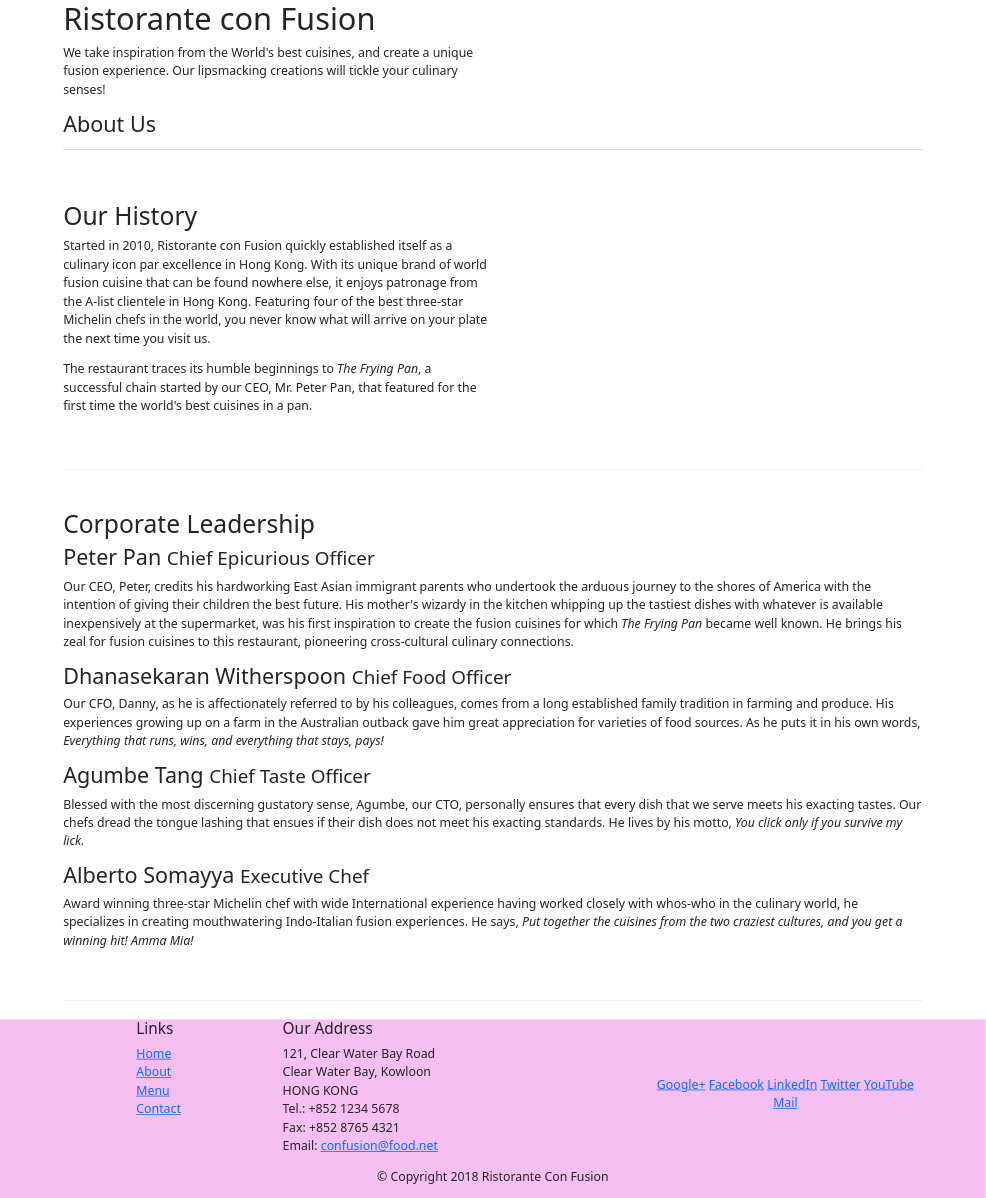
Repository: devjeremyjake/confusion
Page: aboutus.html
An editor plug-in stored every save of this project. The page is shown before and after a run of saves, followed by the edit.
The browser window is 1280 px wide. The pictures show the whole page, at 77% of full size.
Some web libraries are served in a nearby version.

Above is the page before, as saved 2020-01-30 15:32:20.

### aboutus.html
<!DOCTYPE html>
<html lang="en">

<head>
    <meta charset="UTF-8">
    <meta name="viewport" content="width=device-width, initial-scale=1.0">
    <meta http-equiv="X-UA-Compatible" content="ie=edge">
    <title>Ristorante Con Fusion: About Us</title>
    <link rel="stylesheet" href="css/style.css">
    <link rel="stylesheet" href="node_modules/bootstrap/dist/css/bootstrap.min.css">

</head>

<body>

    <header class="jumbotron">
        <div class="container">
            <div class="row row-header">
                <div class="col-12 col-sm-6">
                    <h1>Ristorante con Fusion</h1>
                    <p>We take inspiration from the World's best cuisines, and create a unique fusion experience. Our lipsmacking creations will tickle your culinary senses!</p>
                </div>
                <div class="col-12 col-sm">
                </div>
            </div>
        </div>
    </header>

    <div class="container">
        <div>
            <div>
               <h3>About Us</h3>
               <hr>
            </div>
        </div>

        <div class="row-content">
            <div class="col-lg-6">
                <h2>Our History</h2>
                <p>Started in 2010, Ristorante con Fusion quickly established itself as a culinary icon par excellence in Hong Kong. With its unique brand of world fusion cuisine that can be found nowhere else, it enjoys patronage from the A-list clientele in Hong Kong.  Featuring four of the best three-star Michelin chefs in the world, you never know what will arrive on your plate the next time you visit us.</p>
                <p>The restaurant traces its humble beginnings to <em>The Frying Pan</em>, a successful chain started by our CEO, Mr. Peter Pan, that featured for the first time the world's best cuisines in a pan.</p>
            </div>
            <div>
            </div>
        </div>


        <div class="row-content">
            <div class="col-md-12">
                <h2>Corporate Leadership</h2>
                <h3>Peter Pan <small>Chief Epicurious Officer</small></h3>
                <p class="d-none d-sm-block">Our CEO, Peter, credits his hardworking East Asian immigrant parents who undertook the arduous journey to the shores of America with the intention of giving their children the best future. His mother's wizardy in the kitchen whipping up the tastiest dishes with whatever is available inexpensively at the supermarket, was his first inspiration to create the fusion cuisines for which <em>The Frying Pan</em> became well known. He brings his zeal for fusion cuisines to this restaurant, pioneering cross-cultural culinary connections.</p>
                <h3>Dhanasekaran Witherspoon <small>Chief Food Officer</small></h3>
                <p class="d-none d-sm-block">Our CFO, Danny, as he is affectionately referred to by his colleagues, comes from a long established family tradition in farming and produce. His experiences growing up on a farm in the Australian outback gave him great appreciation for varieties of food sources. As he puts it in his own words, <em>Everything that runs, wins, and everything that stays, pays!</em></p>
                <h3>Agumbe Tang <small>Chief Taste Officer</small></h3>
                <p class="d-none d-sm-block">Blessed with the most discerning gustatory sense, Agumbe, our CTO, personally ensures that every dish that we serve meets his exacting tastes. Our chefs dread the tongue lashing that ensues if their dish does not meet his exacting standards. He lives by his motto, <em>You click only if you survive my lick.</em></p>
                <h3>Alberto Somayya <small>Executive Chef</small></h3>
                <p class="d-none d-sm-block">Award winning three-star Michelin chef with wide International experience having worked closely with whos-who in the culinary world, he specializes in creating mouthwatering Indo-Italian fusion experiences. He says, <em>Put together the cuisines from the two craziest cultures, and you get a winning hit! Amma Mia!</em></p class="d-none d-sm-block">
            </div>
       </div>

    </div>
    <br>
    <footer class="footer">
        <div class="container">
            <div class="row">
                <div class="col-4 offset-1 col-sm-2">
                    <h5>Links</h5>
                    <ul class="list-unstyled">
                        <li><a href="#">Home</a></li>
                        <li><a href="#">About</a></li>
                        <li><a href="#">Menu</a></li>
                        <li><a href="#">Contact</a></li>
                    </ul>
                </div>
                <div class="col-7 col-sm-5">
                    <h5>Our Address</h5>
                    <address>
		              121, Clear Water Bay Road<br>
		              Clear Water Bay, Kowloon<br>
		              HONG KONG<br>
		              Tel.: +852 1234 5678<br>
		              Fax: +852 8765 4321<br>
		              Email: <a href="mailto:confusion@food.net">confusion@food.net</a>
		           </address>
                </div>
                <div class="col-12 col-sm-4 align-self-center">
                    <div class="text-center">
                        <a href="http://google.com/+">Google+</a>
                        <a href="http://www.facebook.com/profile.php?id=">Facebook</a>
                        <a href="http://www.linkedin.com/in/">LinkedIn</a>
                        <a href="http://twitter.com/">Twitter</a>
                        <a href="http://youtube.com/">YouTube</a>
                        <a href="mailto:">Mail</a>
                    </div>
                </div>
           </div>
           <div class="row justify-content-center">
                <div class="col-auto">
                    <p>© Copyright 2018 Ristorante Con Fusion</p>
                </div>
           </div>
        </div>
    </footer>
    <script src="node_modules/jquery/dist/jquery.slim.min.js"></script>
    <script src="node_modules/popper.js/dist/umd/popper.min.js"></script>
    <script src="node_modules/bootstrap/dist/js/bootstrap.min.js"></script>
</body>

</html>

### css/style.css
.row-header {
    margin: px auto;
    padding: 0px;
}

.row-content {
    margin: 0px auto;
    padding: 50px 0px 50px 0px;
    border-bottom: 1px ridge;
    min-height: 400px;
}

.footer {
    background-color: #D1C4;
}

After the next 2 saves:
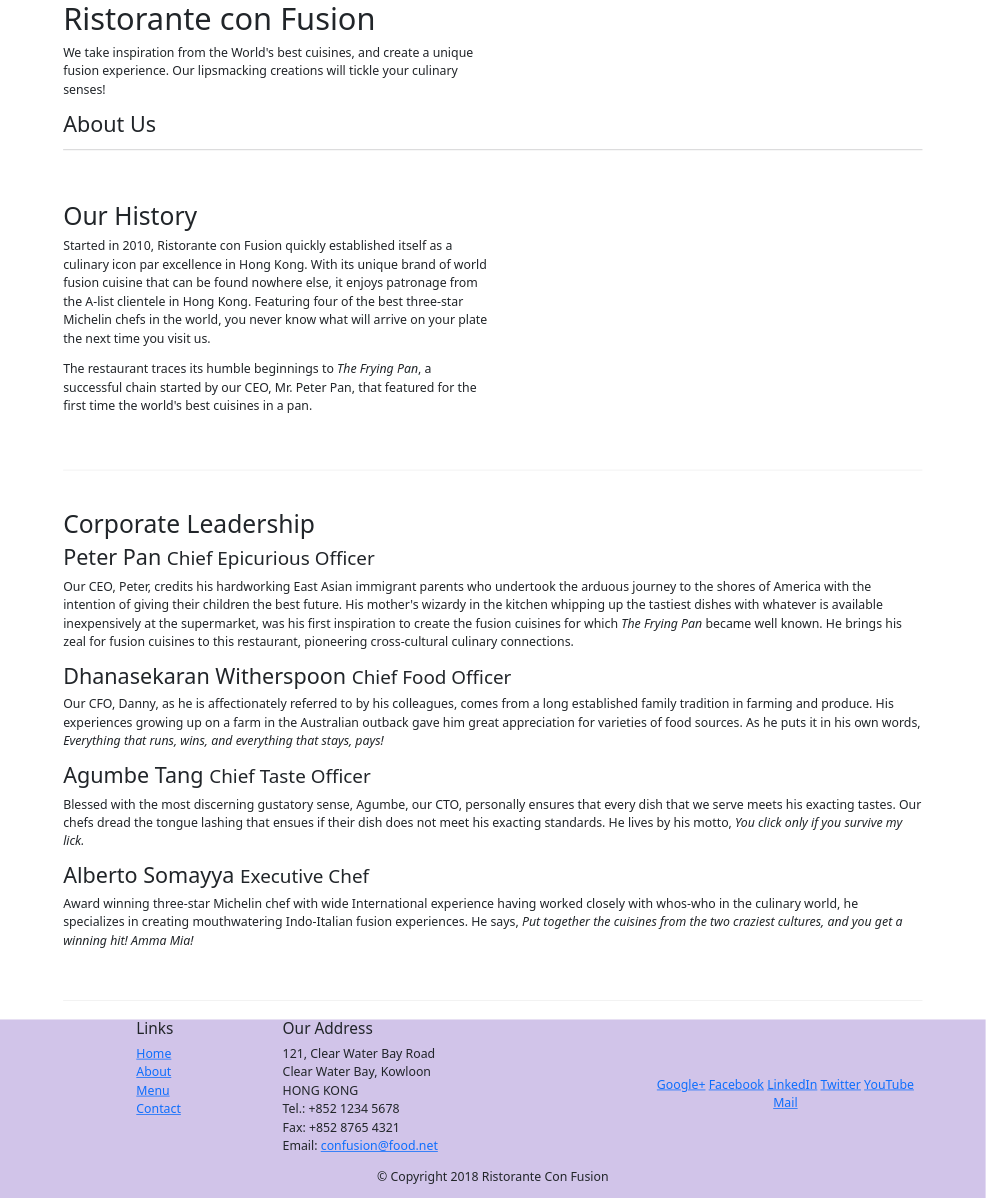
The 2 saves are shown as one change because they came seconds apart.
The last was saved 8 s later.
--- a/css/style.css
+++ b/css/style.css
@@ -11,5 +11,5 @@
 }
 
 .footer {
-    background-color: #D1C4;
+    background-color: #D1C4E9;
 }
